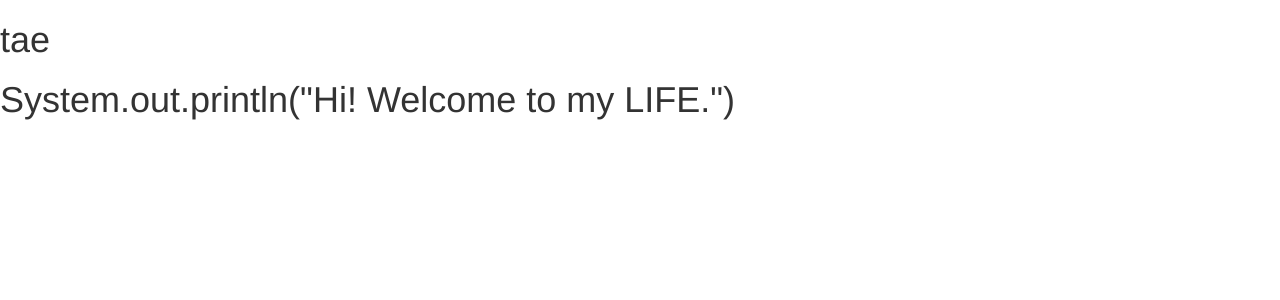
Repository: janry-gracia/Divinagracia_FinalProject
Page: Pages/storyofmylife.html
These files come from the project's save history. The page is drawn as it stood at one moment and after the next save; the edit follows.
The browser window is 1280 px wide. The pictures show the whole page.

Above is the page before, as saved 2021-05-17 23:19:15.
Console error: TypeError: Cannot read properties of null (reading 'addEventListener')

After the next save:
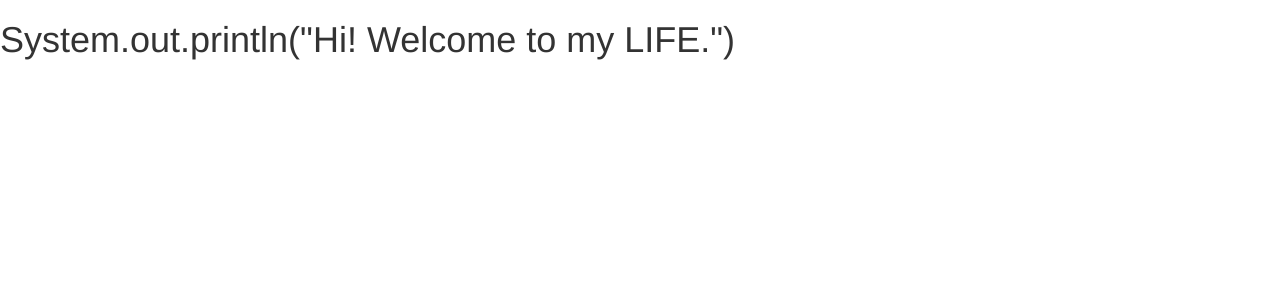
Saved 13 s later.
--- a/Pages/storyofmylife.html
+++ b/Pages/storyofmylife.html
@@ -13,9 +13,6 @@
     <div class="container-fluid ">
 
         <div class="container-fluid typewriter"></div>
-            <div class="typewriter">
-                <h1>tae</h1>
-            </div>
             <h1>System.out.println("Hi! Welcome to my LIFE.")</h1>
         </div>
 
